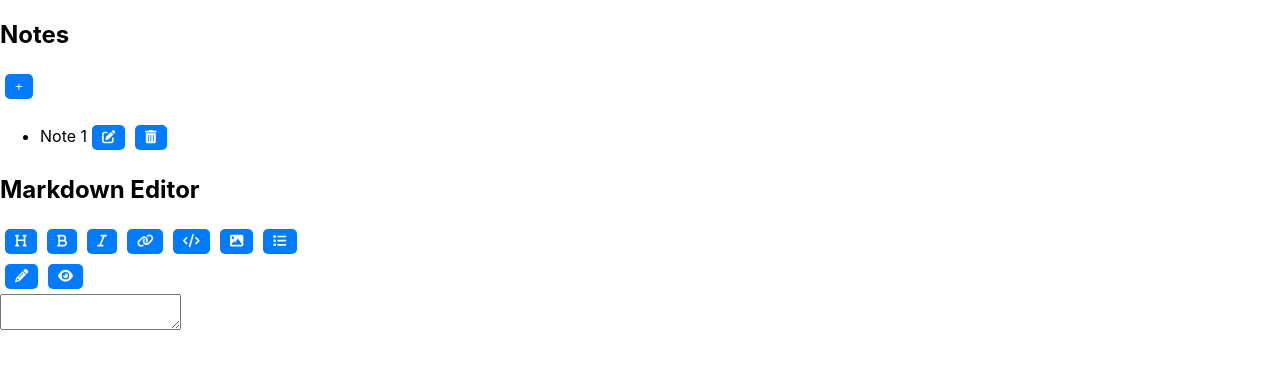
Repository: sriram1224/markdown_editor
Page: /
The author's editor kept a copy of each file at every save. The page is drawn from the files as they stood at one save, then again after the next save.
The browser window is 1280 px wide. The pictures show the whole page.
The project was rebuilt for these pictures with package versions that can differ from the ones it lists, and the page was loaded fresh each time.

Above is the page before, as saved 2024-04-22 23:05:49.

### src/App.js
import "./App.css";
import MarkdownEditor from './Components/Markdown';
function App() {
  return (
    <div>
     <MarkdownEditor />
    </div>
  );
}

export default App;

### src/App.css
.markdown-editor {
  display: flex;
  justify-content: space-between;
}

.notes-section {
  width: 45%;
  background-color: #f5f5f5;
  padding: 20px;
  border-radius: 10px;
}

.notes-section h2 {
  color: #333;
}

.notes-section ul {
  list-style-type: none;
  padding: 0;
}

.notes-section ul li {
  margin: 10px 0;
}

.editor-section {

  background-color: #f5f5f5;
  padding: 20px;
  border-radius: 10px;
}

.editor-section h2 {
  color: #333;
}

.editor-section textarea {
  width: 100%;
  height: 300px;
  border-radius: 10px;
  padding: 10px;
  font-size: 16px;
}

button {
  margin: 5px;
  padding: 5px 10px;
  border: none;
  border-radius: 5px;
  background-color: #007bff;
  color: white;
  cursor: pointer;
}

button:hover {
  background-color: #0056b3;
}

### src/Components/Markdown.js
import React, { useState, useRef } from 'react';
import ReactMarkdown from 'react-markdown';
import { FontAwesomeIcon } from '@fortawesome/react-fontawesome';
import { faHeading, faBold, faItalic, faLink, faCode, faImage, faList, faEdit, faTrashAlt, faEye, faPencilAlt } from '@fortawesome/free-solid-svg-icons';


const MarkdownEditor = () => {
  const [notes, setNotes] = useState([{ id: 1, content: '' }]);
  const [currentNoteId, setCurrentNoteId] = useState(1);
  const [markdownContent, setMarkdownContent] = useState('');
  const [showEditor, setShowEditor] = useState(true);

  const textareaRef = useRef();

  const handleNoteAdd = () => {
    const newNoteId = (notes[notes.length - 1]?.id || 0) + 1;
    setNotes([...notes, { id: newNoteId, content: '' }]);
    setCurrentNoteId(newNoteId);
    setMarkdownContent('');
    setShowEditor(true);
  };

  const handleNoteChange = (id, content) => {
    const updatedNotes = notes.map((note) =>
      note.id === id ? { ...note, content } : note
    );
    setNotes(updatedNotes);
  };

  const handleEditorChange = (content) => {
    setMarkdownContent(content);
    handleNoteChange(currentNoteId, content);
  };

  const handleNoteClick = (id) => {
    const note = notes.find(note => note.id === id);
    if (note) {
      setCurrentNoteId(id);
      setMarkdownContent(note.content);
      setShowEditor(true);
    }
  };

  const handleMarkdownFeatureClick = (feature) => {
    const markdownSnippet = {
      heading: '# heading\n',
      bold: '**bold text**\n',
      italic: '*italic text*\n',
      link: '[link text](http://example.com)\n',
      code: '`code`\n',
      image: '![alt text](image.jpg)\n',
      list: '- list item\n',
    }[feature];

    const cursorPosition = textareaRef.current.selectionStart;
    const newMarkdownContent = [
      markdownContent.slice(0, cursorPosition),
      markdownSnippet,
      markdownContent.slice(cursorPosition),
    ].join('');

    setMarkdownContent(newMarkdownContent);
    handleNoteChange(currentNoteId, newMarkdownContent);
  };

  const handleNoteDelete = (id) => {
    setNotes(notes.filter(note => note.id !== id));
    if (id === currentNoteId) {
      setCurrentNoteId(null);
      setMarkdownContent('');
      setShowEditor(false);
    }
  };

  return (
    <div className="container">
      <div className="notes-container">
        <h2>Notes</h2>
        <button className="button" onClick={handleNoteAdd}>+</button>
        <ul>
          {notes.map((note) => (
            <li key={note.id}>
              Note {note.id}
              <button className="button" onClick={() => handleNoteClick(note.id)}><FontAwesomeIcon icon={faEdit} /></button>
              <button className="button" onClick={() => handleNoteDelete(note.id)}><FontAwesomeIcon icon={faTrashAlt} /></button>
            </li>
          ))}
        </ul>
      </div>
      <div className="markdown-container">
        <h2>Markdown Editor</h2>
        <div>
          <button className="button" onClick={() => handleMarkdownFeatureClick('heading')}><FontAwesomeIcon icon={faHeading} /></button>
          <button className="button" onClick={() => handleMarkdownFeatureClick('bold')}><FontAwesomeIcon icon={faBold} /></button>
          <button className="button" onClick={() => handleMarkdownFeatureClick('italic')}><FontAwesomeIcon icon={faItalic} /></button>
          <button className="button" onClick={() => handleMarkdownFeatureClick('link')}><FontAwesomeIcon icon={faLink} /></button>
          <button className="button" onClick={() => handleMarkdownFeatureClick('code')}><FontAwesomeIcon icon={faCode} /></button>
          <button className="button" onClick={() => handleMarkdownFeatureClick('image')}><FontAwesomeIcon icon={faImage} /></button>
          <button className="button" onClick={() => handleMarkdownFeatureClick('list')}><FontAwesomeIcon icon={faList} /></button>
        </div>
        <div>
          <button className="button" onClick={() => setShowEditor(true)}><FontAwesomeIcon icon={faPencilAlt} /></button>
          <button className="button" onClick={() => setShowEditor(false)}><FontAwesomeIcon icon={faEye} /></button>
        </div>
        {showEditor ? (
          <textarea
            ref={textareaRef}
            value={markdownContent}
            onChange={(e) => handleEditorChange(e.target.value)}
            className="textarea"
          />
        ) : (
          <ReactMarkdown className="markdown-content">{markdownContent}</ReactMarkdown>
        )}
      </div>
    </div>
  );
};

export default MarkdownEditor;

Loaded but not shown: public/index.html (common file); src/index.js (common file); src/index.css (common file); src/reportWebVitals.js (common file)

After the next save:
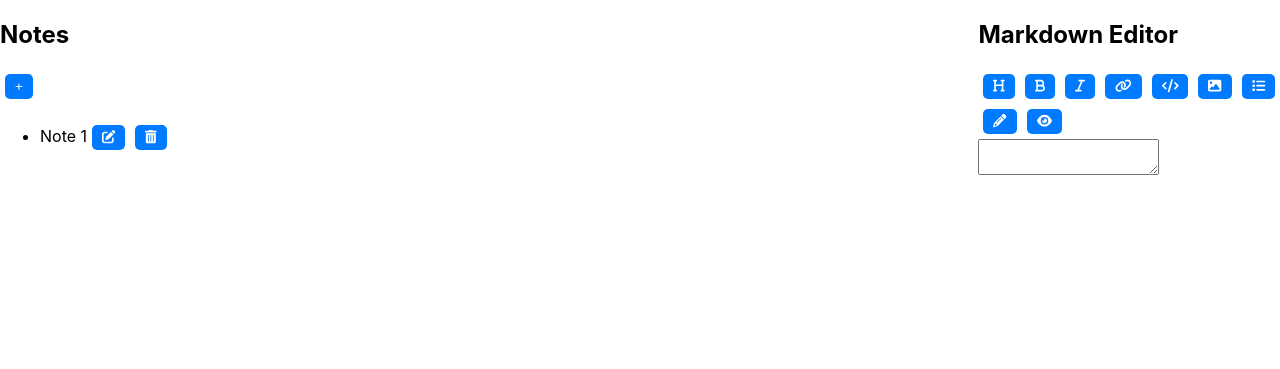
Saved 57 s later.
--- a/src/App.css
+++ b/src/App.css
@@ -22,7 +22,11 @@
 .notes-section ul li {
   margin: 10px 0;
 }
+.container{
+  display: flex;
+  justify-content: space-between;
 
+}
 .editor-section {
 
   background-color: #f5f5f5;
